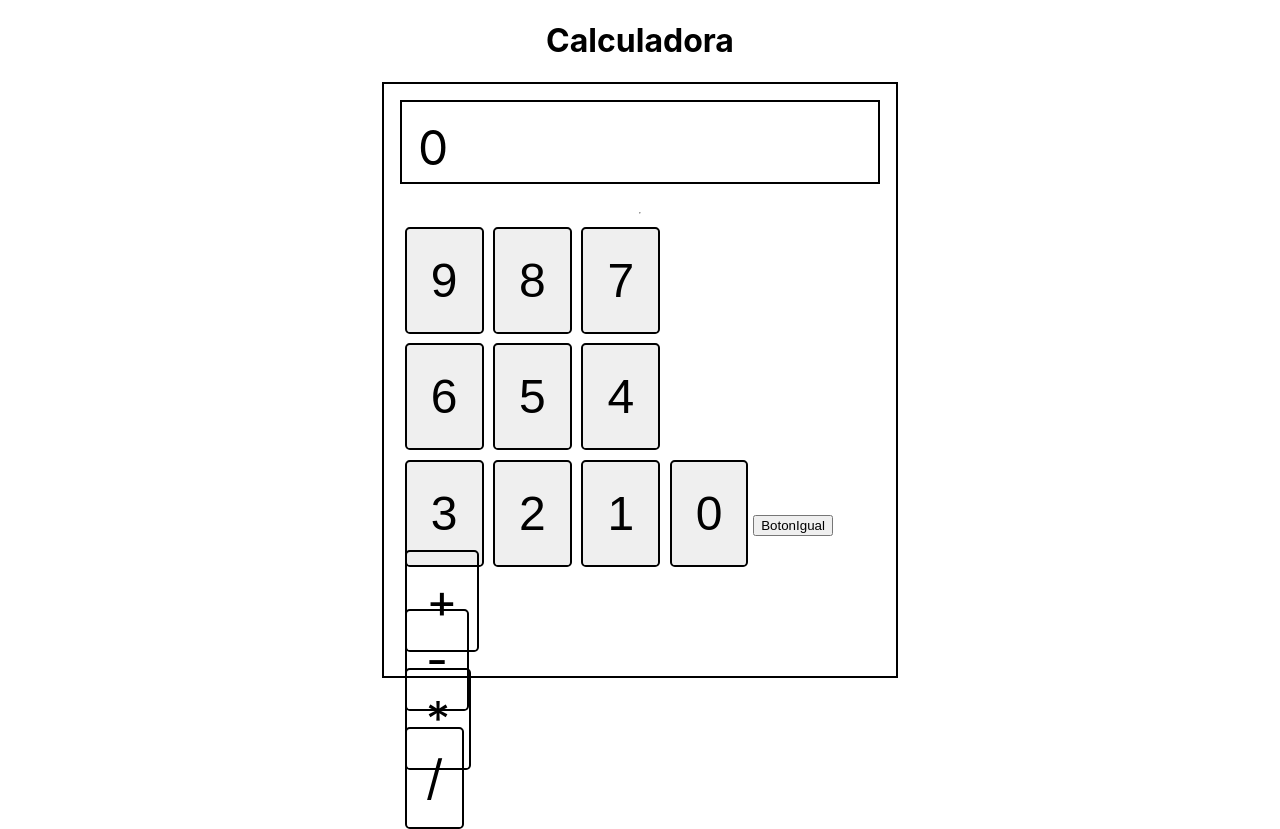
Repository: yamaka/curso-react-febrero-2022
Page: /
The author's editor kept a copy of each file at every save. The page is drawn from the files as they stood at one save, then again after the next save.
The browser window is 1280 px wide. The pictures show the whole page.
The project was rebuilt for these pictures with package versions that can differ from the ones it lists, and the page was loaded fresh each time. Also part of the build but not shown: src/App.css, src/components/Zanahoria/Zanahoria.css, src/components/Zanahoria/Zanahoria.js, src/components/Zanahorias/Zanahorias.js, src/components/Lechuga/Lechuga.css, src/components/Lechuga/Lechuga.js, src/components/Calculadora/Calculadora.css, src/components/Calculadora/Calculadora.js and 3 more.

Above is the page before, as saved 2022-03-02 18:35:32.

After the next save:
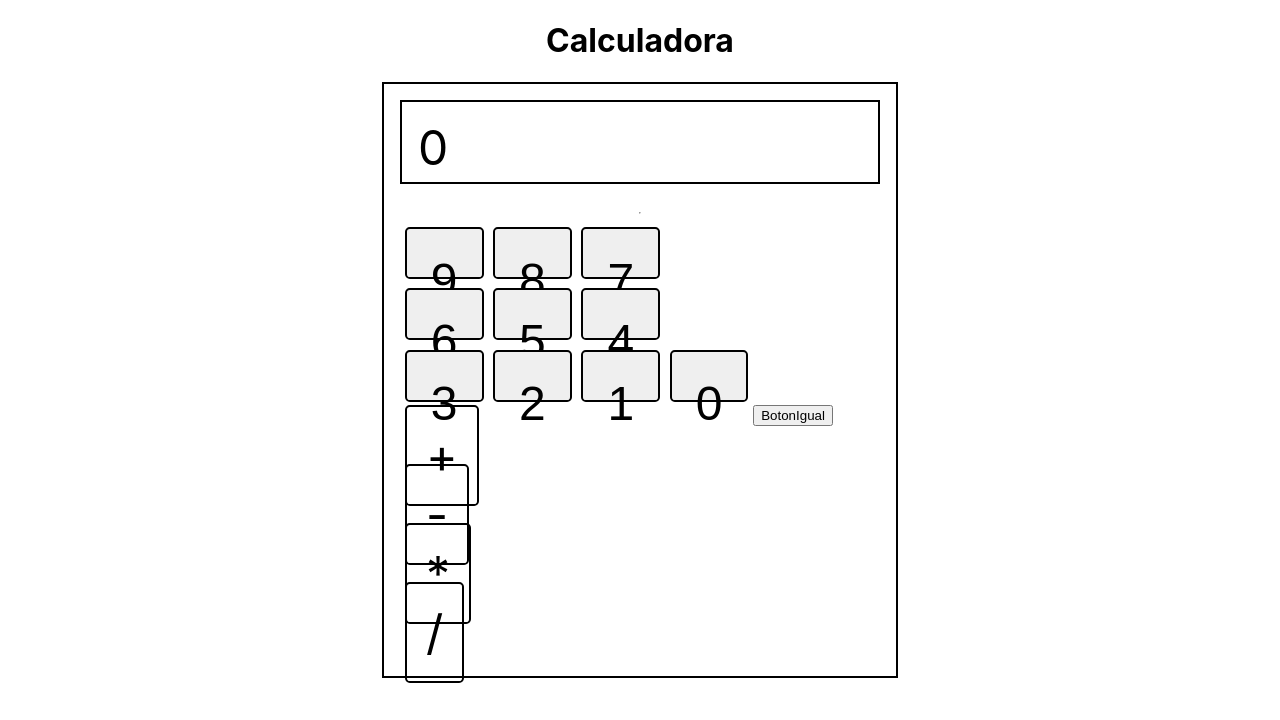
Saved 17 s later.
--- a/src/hooks/components/BotonNumerico/BotonNumerico.css
+++ b/src/hooks/components/BotonNumerico/BotonNumerico.css
@@ -3,6 +3,6 @@
   padding: 1.5rem;
   border-radius: 0.3rem;
   font-size: 3rem;
-
+  height: 2rem;
   margin: 0.3rem;
 }
